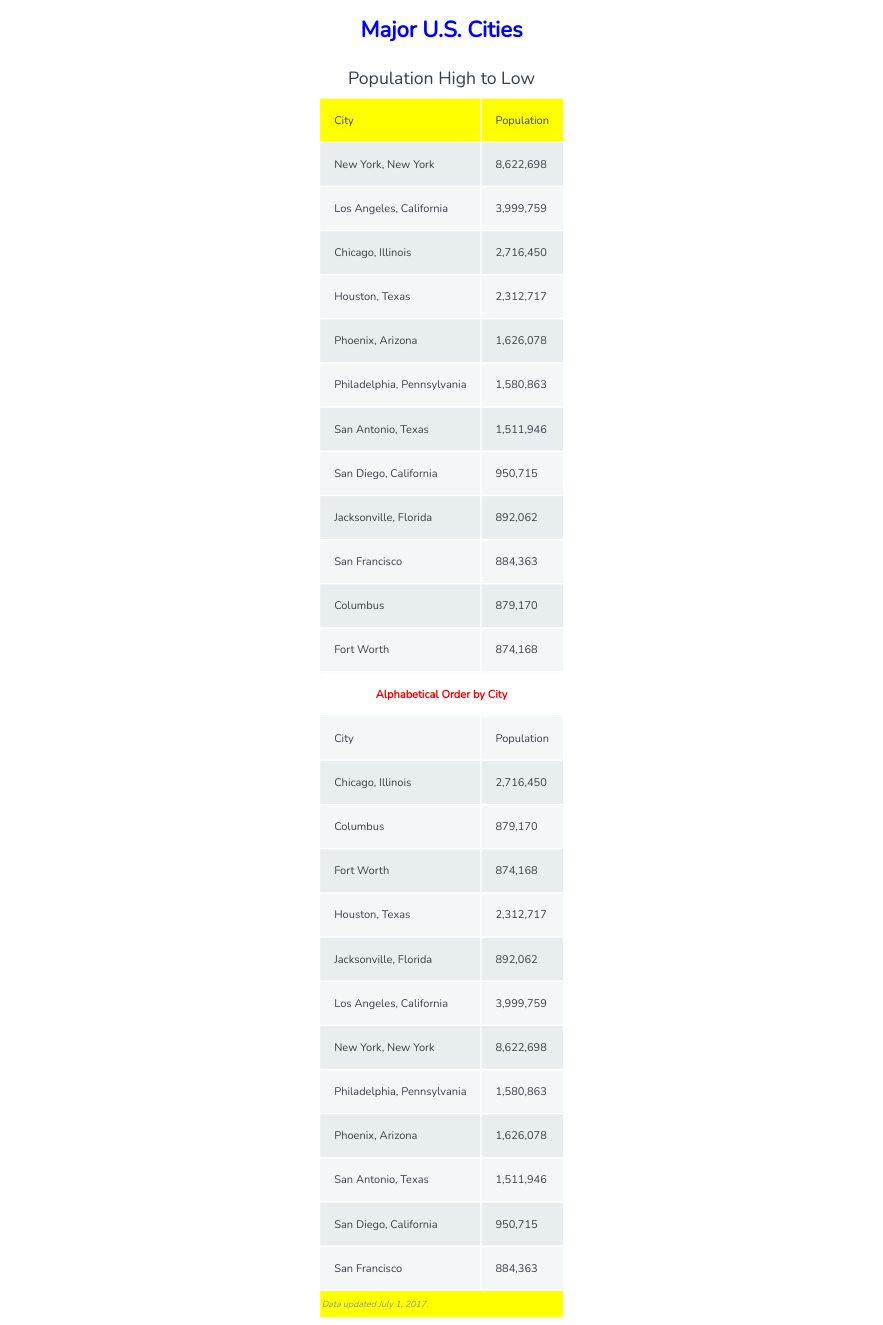
Repository: oduong1/COSW30
Page: http://localhost/homework/hw4/population_array.php
The author's editor kept a record of every edit. The page is drawn from the files as they stood at one moment, then again after the next edit.
The browser window is 1280 px wide. The pictures show the whole page, at 69% of full size.
The page is run by PHP 8.4 with error messages shown; the project is at /var/www/html/.

Above is the page before.
Not found: homework/hw4/normalize.css

### homework/hw4/population_array.php
<!DOCTYPE html>
<html>
  <head>
    <meta charset="utf-8">
    <meta name="viewport" content="width=device-width, initial-scale=1.0">
    <title>City Population</title>
    <link rel="stylesheet" href="normalize.css">
    <link href='http://fonts.googleapis.com/css?family=Nunito:400,300' rel='stylesheet' type='text/css'>
    <link rel="stylesheet" href="table.css">
  </head>
  <body >
    <container id="center_a"><h1>Major U.S. Cities</h1></container>

      <table>

        <!--<thead>-->
        <!--    <tr>-->
        <!--      <th scope="col">City</th>-->
        <!--      <th scope="col">Population</th>   -->
        <!--    </tr>-->
        <!--</thead>-->

        <tfoot>
          <tr>
            <td colspan="3">Data updated July 1, 2017.</td>
          </tr>
        </tfoot>
      <tbody>
    <?php // Create array

        $population = [
            "New York, New York" => "8,622,698",
            "Los Angeles, California" => "3,999,759",
            "Chicago, Illinois" => "2,716,450",
            "Houston, Texas" => "2,312,717",
            "Phoenix, Arizona" => "1,626,078",
            "Philadelphia, Pennsylvania" => "1,580,863",
            "San Antonio, Texas" => "1,511,946",
            "San Diego, California" => "950,715",
            "Jacksonville, Florida" => "892,062",
            "San Francisco" => "884,363",
            "Columbus" => "879,170",
            "Fort Worth" => "874,168"
        ];

//display original list
echo'        <caption>Population High to Low</caption>';
echo '<tr><td>City</td><td>Population</td></tr>';

        foreach ($population as $city => $pop) {
            echo "
                <tr>
                  <td>$city</td>
                  <td>$pop</td>
                </tr>\n";
            }

//display list by city
ksort($population);

echo'        <th colspan="2">Alphabetical Order by City</th>';
echo '<tr><td>City</td><td>Population</td></tr>';

        foreach ($population as $city => $pop) {
            echo "
                <tr>
                  <td>$city</td>
                  <td>$pop</td>
                </tr>\n";
            }
?>
        </tbody>

      </table>

  </body>
</html>

### homework/hw4/table.css
*, *:before, *:after {
  -moz-box-sizing: border-box;
  -webkit-box-sizing: border-box;
  box-sizing: border-box;
}

body {
  font-family: 'Nunito', sans-serif;
  color: #384047;
  text-align: center;
}

table {
  max-width: 960px;
  margin: 10px auto;
}

#center_a {
  display: block;
  max-width: 960px;
  margin: 10px auto;
  color: blue;

}

caption {
  font-size: 1.6em;
  font-weight: 400;
  padding: 10px 0;
}

thead th {
  font-weight: 400;
  background: #8a97a0;
  color: #FFF;
}

tr {
  background: #f4f7f8;
  border-bottom: 1px solid #FFF;
  margin-bottom: 5px;
}
tr:first-child {
  background-color: yellow;
}

tr:nth-child(even) {
  background: #e8eeef;
}

th {
  text-align: center;
  padding: 20px;
  color: red;
  background: #fff;
}

td {
  text-align: left;
  padding: 20px;
  font-weight: 300;
}

tfoot tr {
  background: none;
}

tfoot td {
  padding: 10px 2px;
  font-size: 0.8em;
  font-style: italic;
  color: #8a97a0;
}

After the next edit:
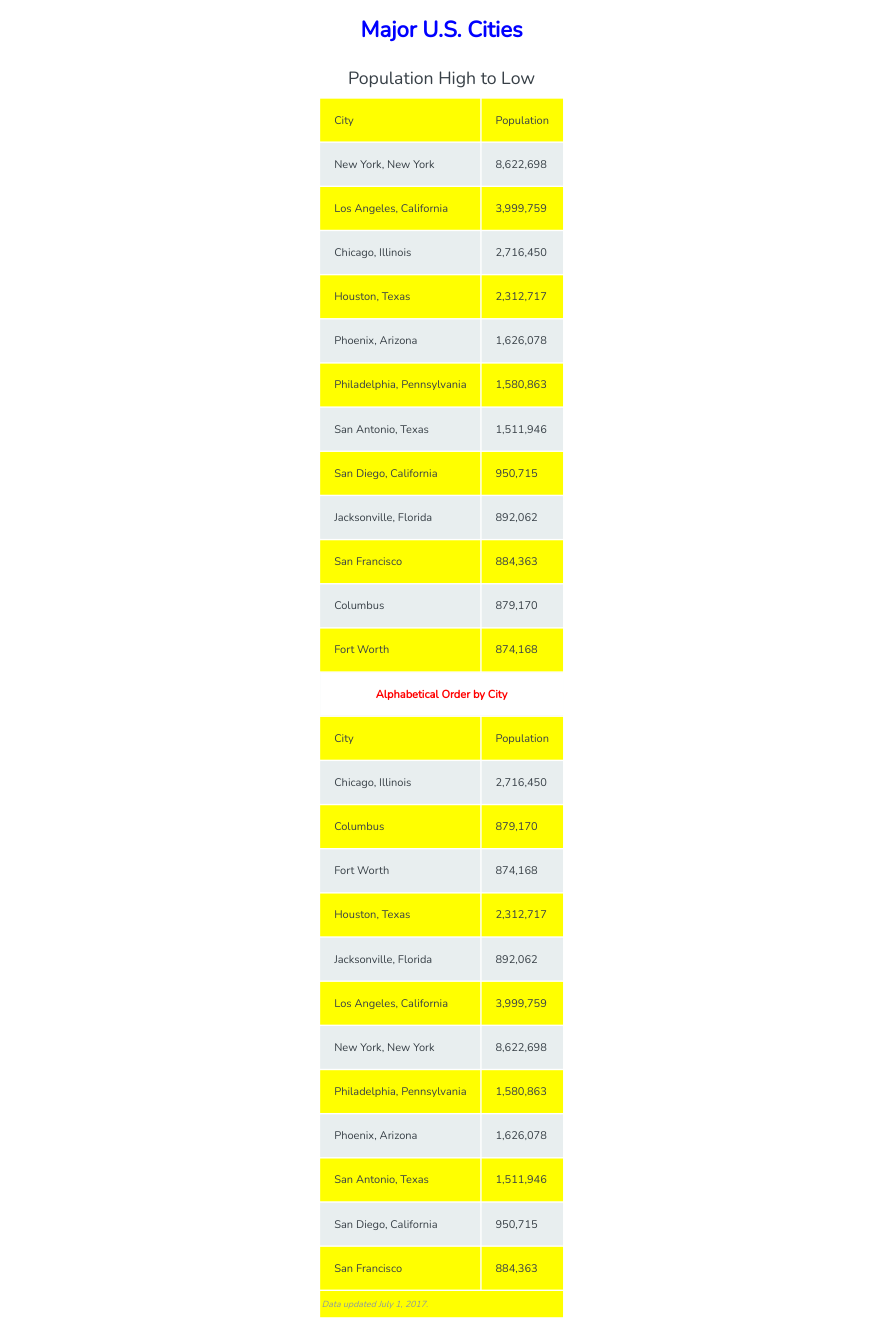
The edit:
--- a/homework/hw4/table.css
+++ b/homework/hw4/table.css
@@ -43,6 +43,10 @@
 tr:first-child {
   background-color: yellow;
 }
+tr:nth-child(odd) {
+  background: yellow;
+}
+
 
 tr:nth-child(even) {
   background: #e8eeef;
